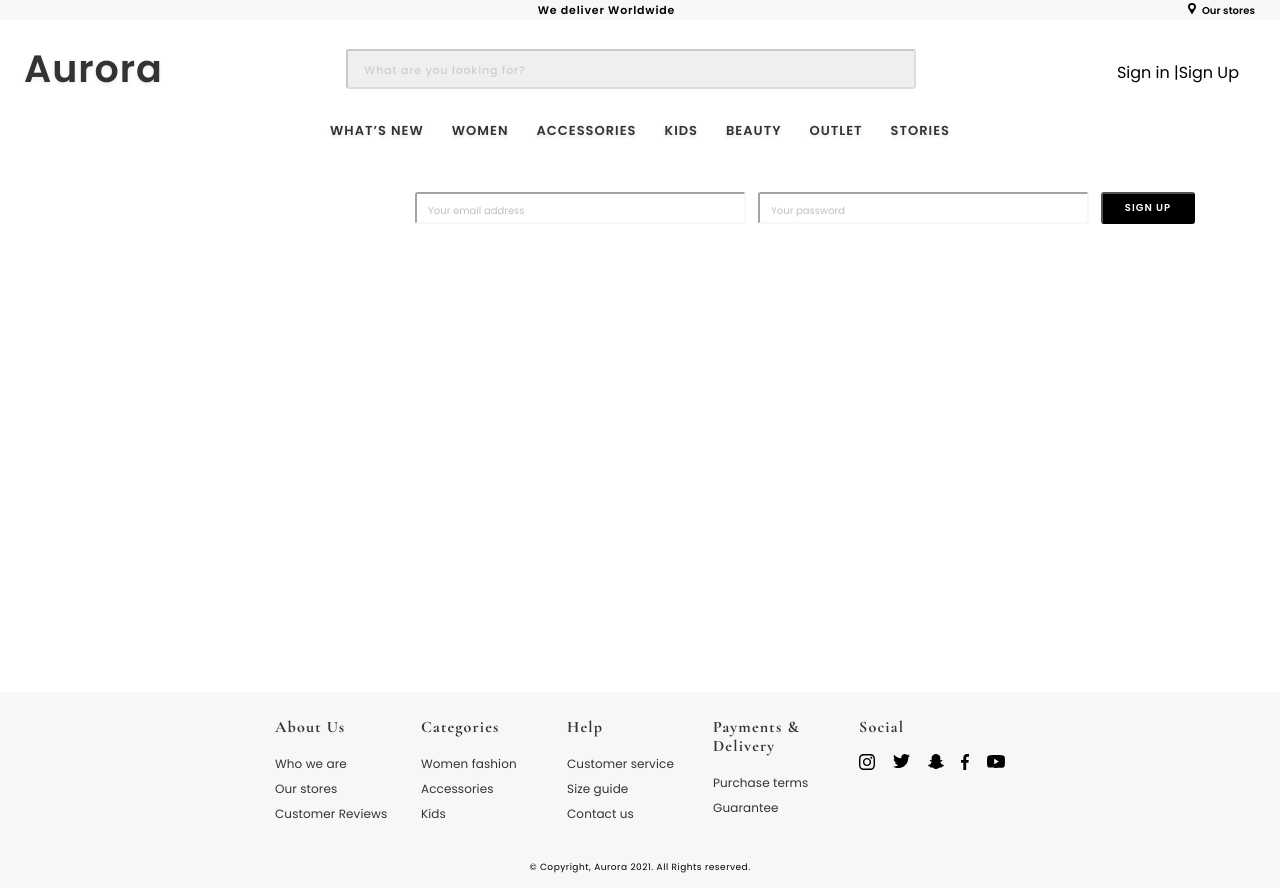
Repository: YuraKrvz/aurora-react-redux-toolkit-firebase
Page: /signUp
These files come from the project's save history. The page is drawn as it stood at one moment and after the next save; the edit follows.
The browser window is 1280 px wide. The pictures show the whole page.
The project was rebuilt for these pictures with package versions that can differ from the ones it lists, and the page was loaded fresh each time. Also part of the build but not shown: src/components/MainSection/MainSection.jsx, src/pages/HomeGuest.jsx, src/pages/HomeUser.jsx, src/pages/SignIn.jsx.

Above is the page before, as saved 2021-11-29 13:45:00.

After the next save:
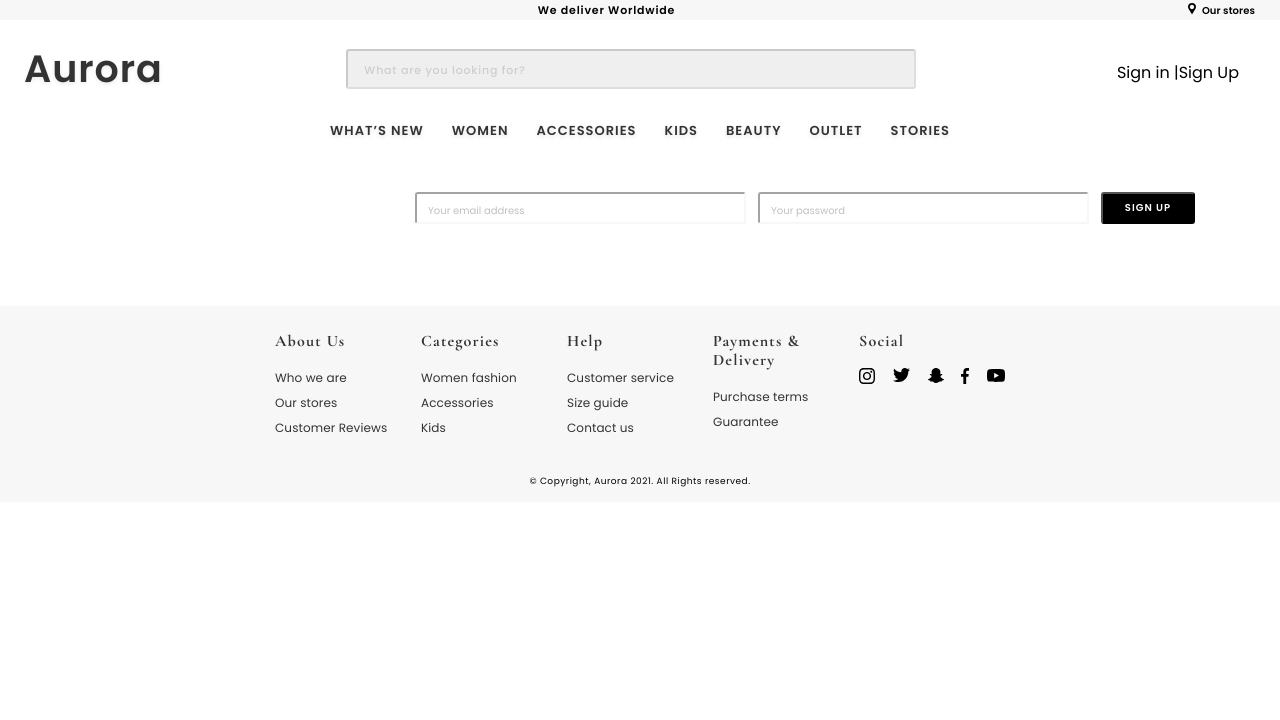
Saved 84 min 43 s later.
--- a/src/App.js
+++ b/src/App.js
@@ -14,9 +14,11 @@ function App() {
       <Provider store={store}>
         <BrowserRouter>
           <div style={{minHeight: '100%', display: 'flex', flexDirection: 'column'}}>
+          <div  style={{flex: '1 1 auto', height: '500px'}}>
             <Header />
             <CustomRouter />
             <Footer />
+          </div>
           </div>
         </BrowserRouter>
       </Provider>
--- a/src/pages/SignUp.jsx
+++ b/src/pages/SignUp.jsx
@@ -15,7 +15,7 @@ const SignUp = () => {
    }
 
    return (
-      <div style={{flex: '1 1 auto', height: '500px'}}>
+      <div>
          <div className={s.section_register_field} >
             <div >
                <label className={s.input_wrap} style={{flex: '1 1 auto'}}>
